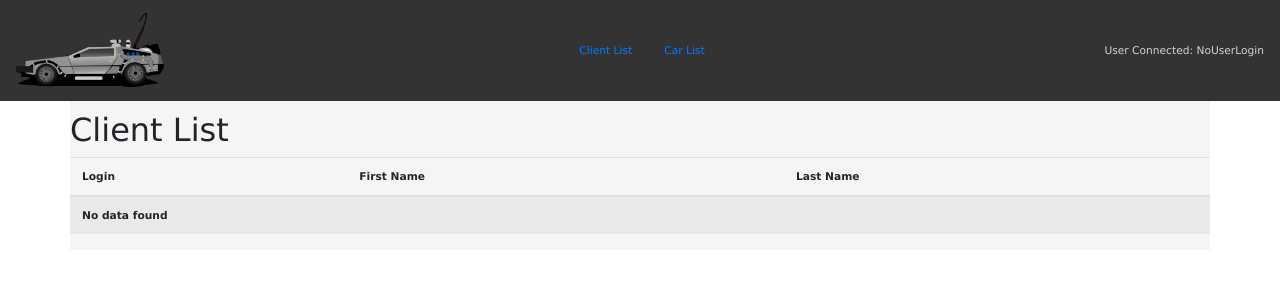
Repository: iamarnaud/tp_java_jee_CarRental
Page: http://localhost/VehicleRental/pages/clients.jsp
These files come from the project's save history. The page is drawn as it stood at one moment and after the next save; the edit follows.
The browser window is 1280 px wide. The pictures show the whole page.
The page is served by Tomcat 9. Other server files are loaded and not shown. Queries for data that is not in the repository find no rows.

Above is the page before, as saved 2018-08-28 14:30:31.

### VehicleRental/WebContent/pages/clients.jsp
<%@ page language="java" contentType="text/html; charset=ISO-8859-1"
	pageEncoding="UTF-8"%>

<jsp:useBean id="client" scope="session"
	class="com.campusnumerique.vehiclerental.bean.ClientBean" />
<!DOCTYPE html PUBLIC "-//W3C//DTD HTML 4.01 Transitional//EN" "http://www.w3.org/TR/html4/loose.dtd">
<html>
<head>
	<meta http-equiv="Content-Type" content="text/html; charset=ISO-8859-1">
  	<meta name="viewport" content="width=device-width, initial-scale=1">
	<title>Client List</title>

	<!-- JQuery 3.3.1 -->
	<script src="https://code.jquery.com/jquery-3.3.1.min.js"></script>

	<!-- Bootstrap 4.1.3 -->
	<link rel="stylesheet" href="https://stackpath.bootstrapcdn.com/bootstrap/4.1.3/css/bootstrap.min.css">
	<script src="https://cdnjs.cloudflare.com/ajax/libs/popper.js/1.14.3/umd/popper.min.js"></script>
	<script src="https://stackpath.bootstrapcdn.com/bootstrap/4.1.3/js/bootstrap.min.js"></script>

	<!-- General -->
	<link rel="stylesheet" href="../resources/css/global.css" />
	<script src="../resources/js/client.js"></script>
</head>
<body>
	<nav class="navbar navbar-light " id="header">
	 <a class="navbar-brand" href="#">
		<img  src="../resources/images/delorean.png"/>
	 </a>
	  <ul class="nav nav-pills">
	    <li class="nav-item">
	      <a class="nav-link" href="./clients.jsp">Client List</a>
	    </li>
	    <li class="nav-item">
	      <a class="nav-link" href="./cars.jsp">Car List</a>
	    </li>
	   </ul>
		<ul class="nav navbar-nav navbar-right">
			<li>User Connected: <%= client.getLogin() %></li>
		</ul>
	</nav>
	<div class="container" id="content">
		<div class="row">
			<h2>Client List</h2>
			<table id="userTable" class="table table-striped">
				<thead>
					<tr>
						<th>Login</th>
						<th>First Name</th>
						<th>Last Name</th>
					</tr>
				</thead>
				<tbody>

				</tbody>
			</table>
		</div>
	</div>
</body>
</html>

### VehicleRental/src/com/campusnumerique/vehiclerental/bean/ClientBean.java
package com.campusnumerique.vehiclerental.bean;

public class ClientBean {

	private String login;
	private String mail;


	public ClientBean(){
		setLogin("NoUserLogin");
		setMail("");
	}


	public ClientBean(String aLogin, String mail){
		setLogin(aLogin);
		setMail(mail);
	}

	public String getLogin() {
		return login;
	}

	public void setLogin(String login) {
		this.login = login;
	}

	public String getMail() {
		return mail;
	}

	public void setMail(String mail) {
		this.mail = mail;
	}


}

### VehicleRental/WebContent/resources/css/global.css
#header{
	background-color:#333333;
	color:lightgrey;
	text-align:center
}
#header img{
	height:75px;
}
#content{
	background-color:#f5f5f5;
	padding-top:10px;
}


/* Général ------------------------------------------------------------------------------------- */

body, p, legend, label, input {
    font: normal 8pt verdana, helvetica, sans-serif;
}

fieldset {
    padding: 10px;
    border: 1px #0568CD solid;
}

legend {
    font-weight: bold;
    color: #0568CD;
}

/* Forms --------------------------------------------------------------------------------------- */

form label {
    float: left;
    width: 200px;
    margin: 3px 0px 0px 0px;
}

form input {
    margin: 3px 3px 0px 0px;
    border: 1px #999 solid;
}

form input.sansLabel {
    margin-left: 200px;
}

form .requis {
    color: #c00;
}

### VehicleRental/src/com/campusnumerique/vehiclerental/servlet/client/ClientServlet.java
package com.campusnumerique.vehiclerental.servlet.client;

import java.io.IOException;
import java.io.PrintWriter;
import java.sql.SQLException;
import javax.servlet.ServletException;
import javax.servlet.annotation.WebServlet;
import javax.servlet.http.HttpServlet;
import javax.servlet.http.HttpServletRequest;
import javax.servlet.http.HttpServletResponse;

import org.json.JSONArray;
import org.json.JSONObject;

import com.campusnumerique.vehiclerental.dao.ClientDAO;

/**
 * Servlet implementation class MyServlet
 */
@WebServlet("/ClientServlet")
public class ClientServlet extends HttpServlet {
	private static final long serialVersionUID = 1L;
    private ClientDAO clientDAO=null;
    /**
     * @throws ClassNotFoundException
     * @see HttpServlet#HttpServlet()
     */
    public ClientServlet() throws ClassNotFoundException {
        super();
        clientDAO= new ClientDAO();
    }

	/**
	 * @see HttpServlet#doGet(HttpServletRequest request, HttpServletResponse response)
	 */
	protected void doGet(HttpServletRequest request, HttpServletResponse response) throws ServletException, IOException {
		String wAction = "";
		JSONObject responseData = new JSONObject();
	    PrintWriter out = response.getWriter();
		response.setContentType("application/json");
		if(request.getParameter("action")!=null && !request.getParameter("action").equals("")){
			wAction=request.getParameter("action");
			if(wAction.equals("getClients")){

					JSONArray clients = clientDAO.findAllAsJson();
					responseData.put("clients", clients);
					response.setStatus(HttpServletResponse.SC_OK);

			}
			out.println(responseData.toString());
		}
		else{
			response.setStatus(HttpServletResponse.SC_NOT_ACCEPTABLE);
			out.println("No action given");
		}
	}

	/**
	 * @see HttpServlet#doPost(HttpServletRequest request, HttpServletResponse response)
	 */
	protected void doPost(HttpServletRequest request, HttpServletResponse response) throws ServletException, IOException {
		// TODO Auto-generated method stub
		doGet(request, response);
	}

}

### VehicleRental/WebContent/pages/header.jsp
<nav class="navbar navbar-light " id="header">
	 <a class="navbar-brand" href="#">
		<img  src="../resources/images/delorean.png"/>
	 </a>
	  <ul class="nav nav-pills">
	    <li class="nav-item">
	      <a class="nav-link" href="./clients.jsp">Client List</a>
	    </li>
	    <li class="nav-item">
	      <a class="nav-link" href="./cars.jsp">Car List</a>
	    </li>
	   </ul>
		<ul class="nav navbar-nav navbar-right">
			<li>User Connected: </li>
		</ul>
	</nav>

Loaded but not shown: VehicleRental/src/org/json/JSONException.java (common file); VehicleRental/src/org/json/JSONPointerException.java (common file); VehicleRental/src/org/json/JSONString.java (common file); VehicleRental/WebContent/resources/js/client.js (42 lines, source omitted); VehicleRental/src/org/json/JSONObject.java (2563 lines, source omitted); VehicleRental/src/org/json/JSONArray.java (1541 lines, source omitted)

After the next save:
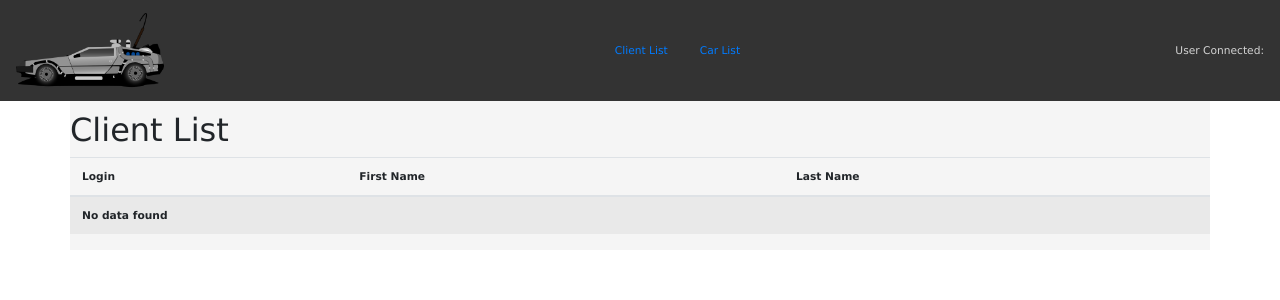
Saved 52 s later.
--- a/VehicleRental/WebContent/pages/clients.jsp
+++ b/VehicleRental/WebContent/pages/clients.jsp
@@ -23,22 +23,7 @@
 	<script src="../resources/js/client.js"></script>
 </head>
 <body>
-	<nav class="navbar navbar-light " id="header">
-	 <a class="navbar-brand" href="#">
-		<img  src="../resources/images/delorean.png"/>
-	 </a>
-	  <ul class="nav nav-pills">
-	    <li class="nav-item">
-	      <a class="nav-link" href="./clients.jsp">Client List</a>
-	    </li>
-	    <li class="nav-item">
-	      <a class="nav-link" href="./cars.jsp">Car List</a>
-	    </li>
-	   </ul>
-		<ul class="nav navbar-nav navbar-right">
-			<li>User Connected: <%= client.getLogin() %></li>
-		</ul>
-	</nav>
+	<%@ include file="header.jsp" %>
 	<div class="container" id="content">
 		<div class="row">
 			<h2>Client List</h2>
